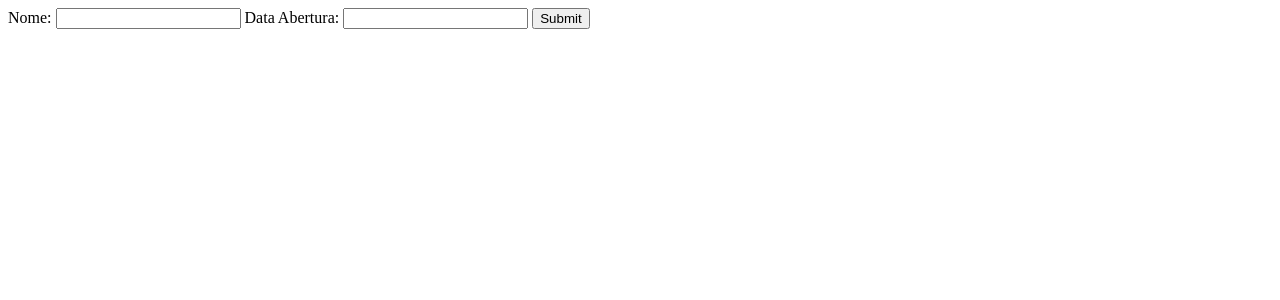
Repository: douglascogubum/servlet
Page: http://localhost/gerenciador/formNovaEmpresa.jsp
An editor plug-in stored every save of this project. The page is shown before and after the next save, followed by the edit.
The browser window is 1280 px wide. The pictures show the whole page.
The page is served by Tomcat 9. Other server files are loaded and not shown.

Above is the page before, as saved 2020-11-16 02:28:01.

### gerenciador/WebContent/formNovaEmpresa.jsp
<%@ taglib uri="http://java.sun.com/jsp/jstl/core" prefix="c" %>
<c:url value="novaEmpresa" var="linkServletNovaEmpresa"/>

<!DOCTYPE html>
<html>
<head>
<meta charset="UTF-8">
<title>Insert title here</title>
</head>
<body>
	<form action="${linkServletNovaEmpresa}" method="post">
		Nome: <input type="text" name="nome" />
		Data Abertura: <input type="text" name="data" />
		<input type="submit" />
	</form>
</body>
</html>

After the next save:
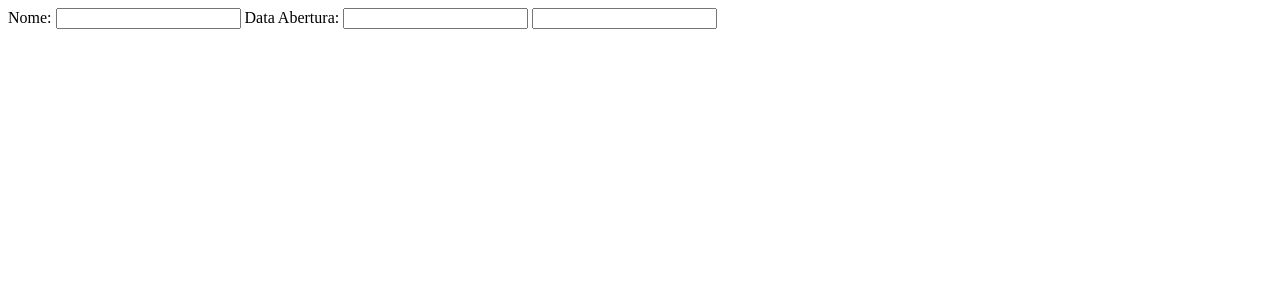
Saved 8 s later.
--- a/gerenciador/WebContent/formNovaEmpresa.jsp
+++ b/gerenciador/WebContent/formNovaEmpresa.jsp
@@ -11,7 +11,7 @@
 	<form action="${linkServletNovaEmpresa}" method="post">
 		Nome: <input type="text" name="nome" />
 		Data Abertura: <input type="text" name="data" />
-		<input type="submit" />
+		<input type="Envia" />
 	</form>
 </body>
 </html>
